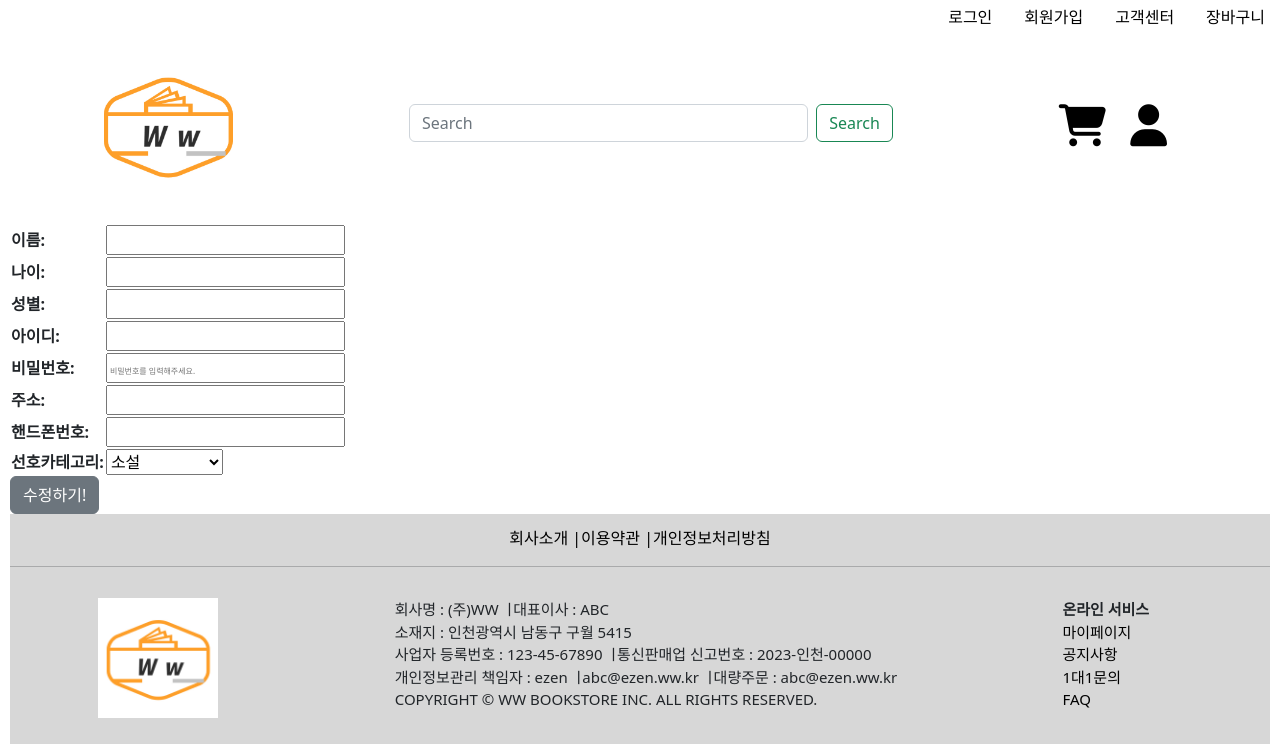
Repository: leehyeonung/project6
Page: http://localhost/book/WEB-INF/views/member/memberModify.jsp
These files come from the project's save history. The page is drawn as it stood at one moment and after the next save; the edit follows.
The browser window is 1280 px wide. The pictures show the whole page.
Some web libraries are served in a nearby version. The page is served by Tomcat 9. Nobody is signed in. Other server files are loaded and not shown. The template is opened directly, without the code that normally fills it, so the values that code supplies are empty.

Above is the page before, as saved 2023-01-08 12:48:16.

### book/src/main/webapp/WEB-INF/views/member/memberModify.jsp
<%@ page language="java" contentType="text/html; charset=UTF-8"
    pageEncoding="UTF-8"%>
<%@ taglib uri="http://java.sun.com/jsp/jstl/core" prefix="c"%>
<!DOCTYPE html>
<html>

<head>

<meta charset="UTF-8">
<!-- CSS only -->
<link href="https://cdn.jsdelivr.net/npm/bootstrap@5.2.2/dist/css/bootstrap.min.css"
rel="stylesheet" integrity="sha384-Zenh87qX5JnK2Jl0vWa8Ck2rdkQ2Bzep5IDxbcnCeuOxjzrPF/et3URy9Bv1WTRi"
crossorigin="anonymous">
<script src="https://kit.fontawesome.com/92e616dfba.js" crossorigin="anonymous"></script>

<title>수정페이지</title>
<link rel="stylesheet" type="text/css" href="/resources/css/main.css">
<style type="text/css">
body{
	margin : 0px 0px;
}
.pw_ok{
color:#008000;
display: none;
}

.pw_rewrite{
color:#ff0000;
display: none;
}

.pw_null{
color:#ff0000;
display: none;
}
#mem_pw::placeholder{
   font-size:8px;
}


.fa-solid fa-x{
margin : 0px 0px 0px 0px;
}

.pw_rewrite{
	width : 30px;
	height : 30px;
}
</style>
</head>
<body>
<jsp:include page="../layout/header.jsp"></jsp:include>
<div class="main">
	<form action="/mem/modify" method="post">
		<input type="text" name="mem_num" value="${ses.mem_num}" hidden ><br>
		<table>
		<tr>
		<th>이름:</th>
		<td><input type="text" name="mem_name" value="${ses.mem_name}" readonly ></td>
		</tr>
		<tr>
		<th>나이:</th>
		<td><input type="text" name="mem_age" value="${ses.mem_age}" readonly ></td>
		</tr>
		<tr>
		<th>성별:</th>
		<td><input type="text" name="mem_gender" value="${ses.mem_gender}" readonly ></td>
		</tr>
		<tr>
		<th>아이디:</th>
		<td><input type="text" name="mem_id" value="${ses.mem_id}" readonly ></td>
		</tr>
		<tr>
		<th>비밀번호:</th>
		<td><input type="password" name="mem_pw" id="mem_pw" onchange="checkPw()" placeholder="비밀번호를 입력해주세요." required >
			<span class="pw_ok"><i class="fa-solid fa-check"></i></span>
                           <span class="pw_rewrite"><i class="fa-solid fa-x"></i></span>
                           <span class="pw_null"><i class="fa-solid fa-x"></i></span>
                           </td>
		</tr>
		<tr>
		<th>주소:</th>
		<td><input type="text" name="mem_ad" value="${ses.mem_ad}" ></td>
		</tr>
		<tr>
		<th>핸드폰번호:</th>
		<td><input type="text" name="mem_cell_num" value="${ses.mem_cell_num}" ></td>
		</tr>
		<tr>
		<th>선호카테고리:</th>
		<td><select name="mno_cno">
			<option value="소설">소설</option>
			<option value="에쎄이">에쎼이</option>
			<option value="건강/취미">건강/취미</option>
			<option value="컴퓨터/모바일">컴퓨터/모바일</option>
			</select></td>
		</tr>
		</table>










		<button type="submit" class="btn btn-secondary">수정하기!</button>
	</form>
	<script src="https://code.jquery.com/jquery-3.4.1.js"></script>
	<script type="text/javascript">
	   function checkPw(){
		   var mem_pw = document.getElementById('mem_pw').value; //id값이 "id"인 입력란의 값을 저장
		   console.log(mem_pw);
		   $.ajax({
		      url:'/mem/pwCheck', //Controller에서 요청 받을 주소
		      type:'post', //POST 방식으로 전달
		      data:{mem_pw:mem_pw},
		      success:function(isOk){ //컨트롤러에서 넘어온 isOK값을 받는다
		         if(isOk == 'pw_ok'){ //ok이면 가입 가능
		            $('.pw_ok').css("display","inline-block");
		            $('.pw_rewrite').css("display", "none"); //정규식 어긋나면
		            $('.pw_null').css("display", "none");
		         }else if(isOk =='pw_null'){//input이 null값임. 입력 요청
		            $('.pw_ok').css("display","none");
		            $('.pw_rewrite').css("display", "none");
		            $('.pw_null').css("display", "inline-block");
		         }
		         else { //중복일 경우
		            $('.pw_ok').css("display", "none");
		            $('.pw_rewrite').css("display","inline-block");
		            $('.pw_null').css("display", "none");
		            // alert("아이디를 다시 입력해주세요");
		            $('#mem_pw').val('');
		         }
		      },
		      error:function(request,status,error){
		      console.log("code:"+request.status+"\n"+"message:"+request.responseText+"\n"+"error:"+error);
		      }

		   });
		   };
	</script>
</div>
<jsp:include page="../layout/footer.jsp"></jsp:include>
</body>
</html>

### book/src/main/webapp/WEB-INF/views/layout/header.jsp
<%@ page language="java" contentType="text/html; charset=UTF-8"
    pageEncoding="UTF-8"%>
<%@ taglib uri="http://java.sun.com/jsp/jstl/core" prefix="c"%>
<!DOCTYPE html>
<html>
<head>
<meta charset="UTF-8">
<title>Insert title here</title>
<!-- CSS only -->
<link href="https://cdn.jsdelivr.net/npm/bootstrap@5.2.2/dist/css/bootstrap.min.css"
rel="stylesheet" integrity="sha384-Zenh87qX5JnK2Jl0vWa8Ck2rdkQ2Bzep5IDxbcnCeuOxjzrPF/et3URy9Bv1WTRi"
crossorigin="anonymous">
<link rel="stylesheet" type="text/css" href="/resources/css/header.css">
</head>
<body>
<div class="header">
    <div class="menu">
        <c:if test="${ses.mem_id ==null}">
        <ul><a href="/mem/loginPage">로그인</a></ul>
        <ul><a href="/mem/joinPage">회원가입</a></ul>
        </c:if>
        <c:if test="${ses.mem_id == 'admin' }">
        <ul><a href="/mem/logOut">로그아웃</a></ul>
        <ul><a href="/mem/adminpage">관리인페이지</a></ul>
        </c:if>
        <c:if test="${ses.mem_id !=null && ses.mem_id !='admin' }">
        <ul><a href="/mem/logOut">로그아웃</a></ul>
        <ul><a href="/mem/mypage">마이페이지</a></ul>
        </c:if>
        <ul><a href="#">고객센터</a></ul>
        <ul><a href="#">장바구니</a></ul>
    </div>
    <div class="bar">
       <div class="logo">
         <a href="/"><img src="/resources/image/logo.jpg" alt="로고"></a>
       </div>
         <div class="searchBar">
            <form class="d-flex" role="search">
                 <input class="form-control me-2" type="search" placeholder="Search" aria-label="Search">
                 <button class="btn btn-outline-success" type="submit">Search</button>
              </form>
         </div>
       <div class="icons">
         <a href=""><i class="fa-solid fa-cart-shopping"></i></a>
            <a href=""><i class="fa-solid fa-user"></i></a>
       </div>
    </div>
</div>
</body>
</html>

### book/src/main/webapp/WEB-INF/views/layout/footer.jsp
<%@ page language="java" contentType="text/html; charset=UTF-8"
   pageEncoding="UTF-8"%>
<!DOCTYPE html>
<html>
<head>
<meta charset="UTF-8">
<title>Insert title here</title>
<link rel="stylesheet" type="text/css" href="/resources/css/footer.css">

</head>

<body>
   <div class="footer">
      <div class="footer-top">
         <ul>
            <li><a href="/introduce">회사소개 | </a></li>
            <li><a href="">이용약관 | </a></li>
            <li><a href="">개인정보처리방침</a></li>
         </ul>
      </div>
      <hr>
      <div class="address">
         <div class="footer-logo">
            <img src="/resources/image/logo.jpg" alt="로고">
         </div>
         <div class="address-box">
            <ul>
               <li>회사명 : (주)WW <span style="margin-right: -7px;">ㅣ</span>
                  대표이사 : ABC
               </li>

               <li>소재지 : 인천광역시 남동구 구월 5415</li>
               <li>사업자 등록번호 : 123-45-67890 <span style="margin-right: -7px;">ㅣ</span>
                  통신판매업 신고번호 : 2023-인천-00000
               </li>

               <li>개인정보관리 책임자 : ezen <span style="margin-right: -7px;">ㅣ</span>
                  abc@ezen.ww.kr <span style="margin-right: -7px;">ㅣ</span> 대량주문 :
                  abc@ezen.ww.kr
               </li>

               <li>COPYRIGHT © WW BOOKSTORE INC. ALL RIGHTS RESERVED.</li>

            </ul>

         </div>
         <div class="online-serviceBar">
            <strong>온라인 서비스</strong>
            <ul>
               <li><a href="">마이페이지</a></li>
               <li><a href="">공지사항</a></li>
               <li><a href="">1대1문의</a></li>
               <li><a href="">FAQ</a></li>
            </ul>
         </div>
      </div>
   </div>

</body>
</html>

### book/src/main/webapp/resources/css/main.css
@charset "UTF-8";

.main{
	width:1260px;
	margin: 0 auto;
}

### book/src/main/webapp/resources/css/header.css
body{
    margin:0 auto;
}
.header{
	margin:0 auto;
    width: 1260px;
    height: 200px;
   /*  background-color: pink; */
}
.menu{
   display: flex;
   justify-content: flex-end;
   padding:5px;

}
.logo{
    width: 150px;
    height: 150px;
    background-color: blue;
}
.logo>a>img{
    width: 150px;
    height: 150px;
}
.searchBar{
   /* position:absolute; */
    width: 484px;
    height: 42px;
    /* background-color: gold; */
    margin-top:54px;
    border-radius: 30px;

}
.bar{

   height: 150px;
   display: flex;
   flex-direction: row;
   flex-wrap:nowrap;
   justify-content:space-around;
/*    align-items: baseline; */


}
i{
    font-size: 42px;
    color: black;
    margin-top:54px;
    margin-right: 20px;
}
</style>

### book/src/main/webapp/resources/css/footer.css
.footer {
   width: 1260px;
   height: 230px;
   background-color: rgba(175, 175, 175, 0.5);
   margin: 0 auto;
}

.footer-logo {

   width: 120px;
   height: 120px;
   background-color: beige;
}
.footer-logo>img{
   width: 120px;
   height: 120px;
}

.address-box {
   text-align: left;
   padding: 0;
   margin: 0;
}

.address {
   padding: 15px;
   height: 150px;
   display: flex;
   font-size: 15px;
   /* align-items: baseline; */
   flex-direction: row;
   flex-wrap: nowrap;
   justify-content: space-around;
}

ul {
   list-style: none;
}

.footer, .address li {

}

.footer-top {
   text-align: center;
   padding-top: 12px;
}

.footer-top>ul {
   margin: 0;
   padding: 0;
   display: flex;
   justify-content: center;
}

.footer-top>li {
   margin: 0;
   padding: 0;
}

a {
   text-decoration-line: none;
   color: black;
}

a:visited {
   text-decoration: none;
}

a:hover {
   text-decoration: none;
}

a:focus {
   text-decoration: none;
}

a:hover, a:active {
   text-decoration: none;
}

.online-serviceBar {
   padding: 0px;
   margin-left: 20px;
   width: 120px;
   height: 120px;
}

.online-serviceBar>ul {
   margin: 0px;
   padding: 0px;
}

</style>

After the next save:
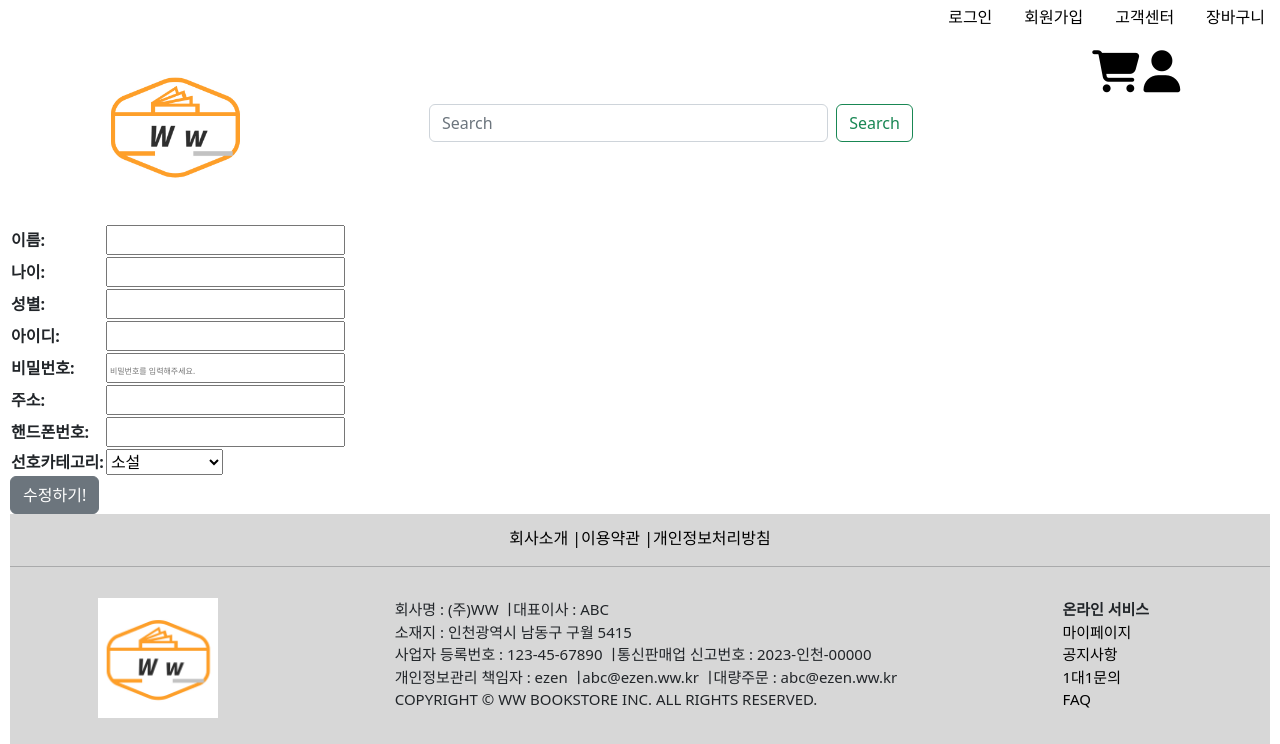
Saved 53 s later.
--- a/book/src/main/webapp/WEB-INF/views/member/memberModify.jsp
+++ b/book/src/main/webapp/WEB-INF/views/member/memberModify.jsp
@@ -45,6 +45,10 @@ margin : 0px 0px 0px 0px;
 .pw_rewrite{
 	width : 30px;
 	height : 30px;
+}
+.fa-solid, .fas {
+    font-weight: 900;
+    margin: 0;
 }
 </style>
 </head>
